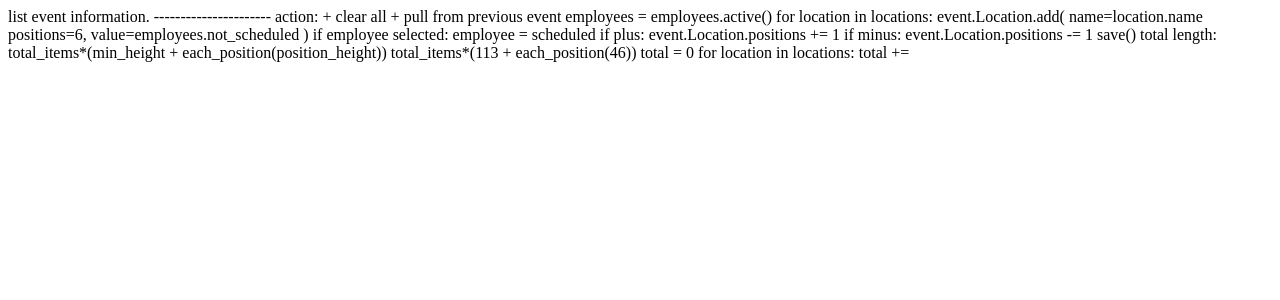
Repository: matthewrr/Employee-Scheduling-App
Page: outline.html
The author's editor kept a record of every edit. The page is drawn from the files as they stood at one moment, then again after the next edit.
The browser window is 1280 px wide. The pictures show the whole page.

Above is the page before.

### outline.html
list event information.
----------------------
action:
    + clear all
    + pull from previous event

employees = employees.active()

for location in locations:
    event.Location.add(
        name=location.name
        positions=6,
        value=employees.not_scheduled
        )

if employee selected:
    employee = scheduled
if plus:
    event.Location.positions += 1
if minus:
    event.Location.positions -= 1

save()

total length:
    total_items*(min_height + each_position(position_height))

    total_items*(113 + each_position(46))

total = 0
for location in locations:
    total +=

After the next edit:
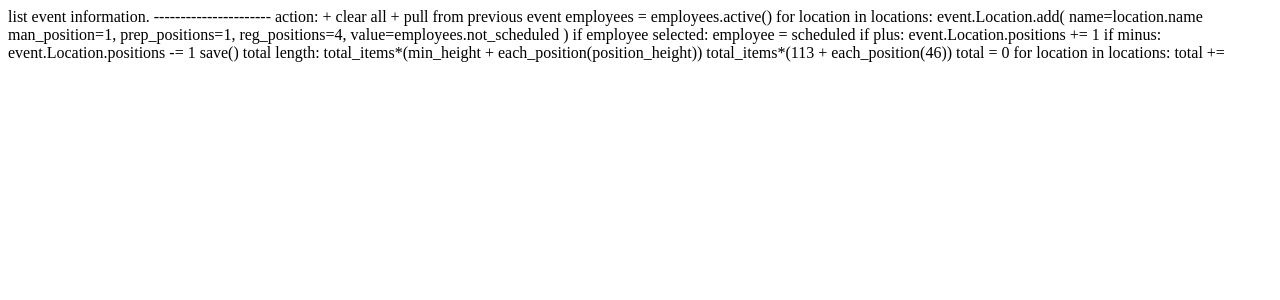
The edit:
--- a/outline.html
+++ b/outline.html
@@ -9,7 +9,9 @@
 for location in locations:
     event.Location.add(
         name=location.name
-        positions=6,
+        man_position=1,
+        prep_positions=1,
+        reg_positions=4,
         value=employees.not_scheduled
         )
 
